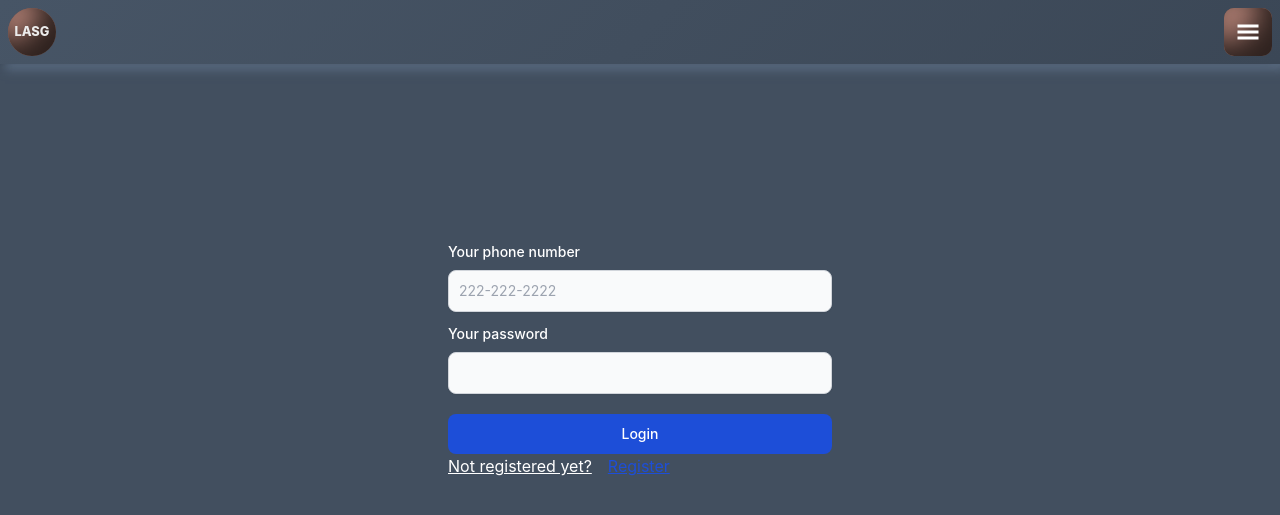
Repository: ShindanoSingi/LA-Swahili-Group
Page: /login (app in client/)
These files come from the project's save history. The page is drawn as it stood at one moment and after the next save; the edit follows.
The browser window is 1280 px wide. The pictures show the whole page.
The project was rebuilt for these pictures with package versions that can differ from the ones it lists, and the page was loaded fresh each time. Also part of the build but not shown: client/src/pages/error/Error.css, client/src/pages/error/Error.js, client/src/pages/home/Home.js, client/src/pages/about/About.js, client/src/pages/contact/Contact.js, client/src/pages/userDashBoard/UserDashBoard.js, client/src/pages/superUsersDashBoard/SuperUsersDashBoard.js.

Above is the page before, as saved 2024-02-11 14:47:28.

After the next save:
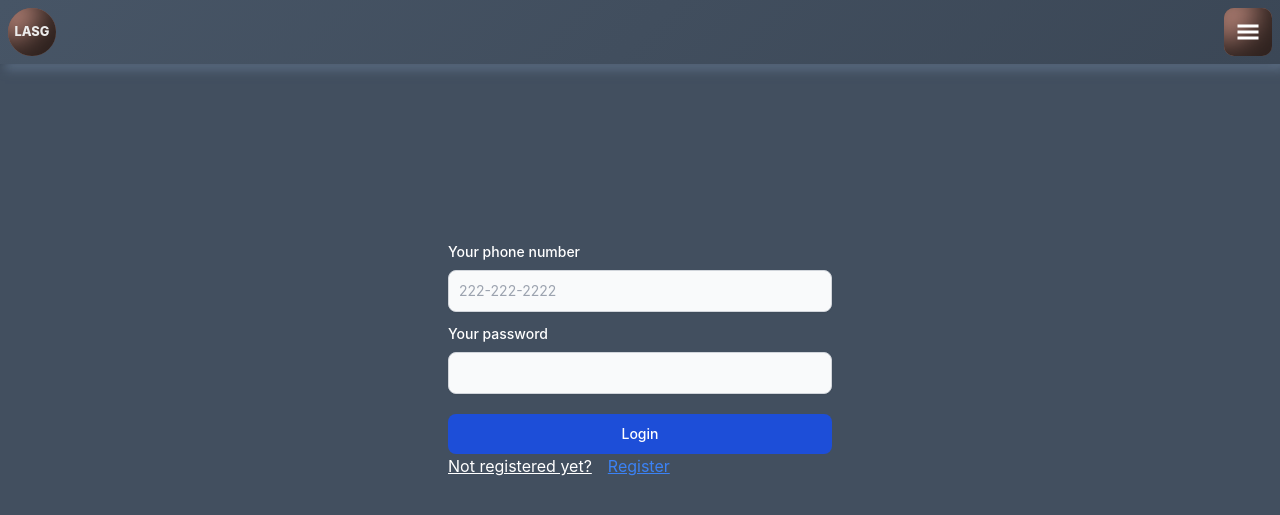
Saved 5 s later.
--- a/client/src/pages/login/Login.js
+++ b/client/src/pages/login/Login.js
@@ -50,7 +50,7 @@ function Login() {
                                     </button>
                                     <div className="flex gap-4">
                                           <p className="text-white text-center underline">Not registered yet?</p>
-                                          <p className="text-blue-700 text-center underline">Register</p>
+                                          <p className="text-blue-500 text-center underline">Register</p>
                                     </div>
 
                               </div>
